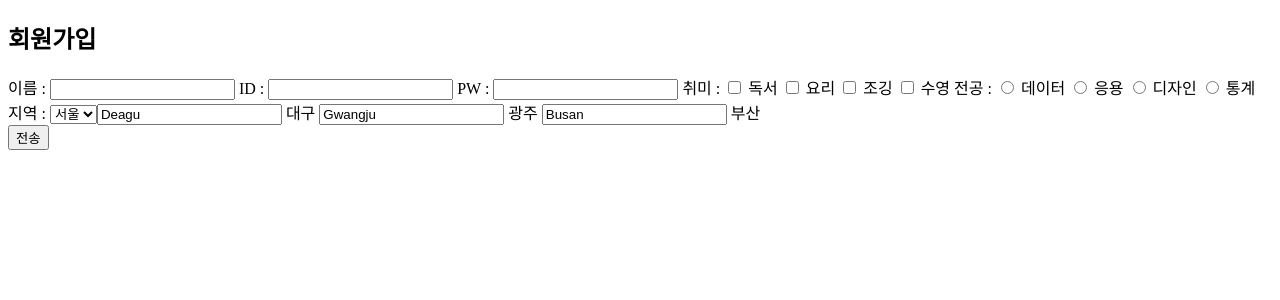
Repository: xxihyun0830/JSP
Page: http://localhost/Day3_getpost/join.jsp
These files come from the project's save history. The page is drawn as it stood at one moment and after the next save; the edit follows.
The browser window is 1280 px wide. The pictures show the whole page.
The page is served by Tomcat 9.

Above is the page before, as saved 2019-07-11 04:48:03.

After the next save:
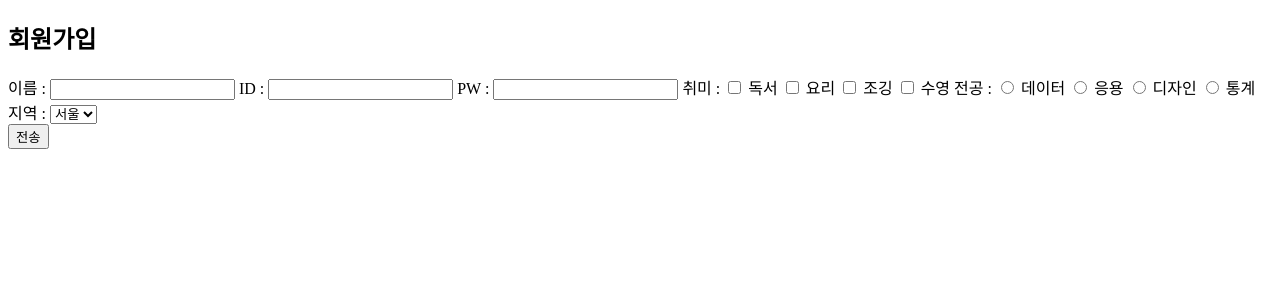
Saved 16 s later.
--- a/Day3_getpost/WebContent/join.jsp
+++ b/Day3_getpost/WebContent/join.jsp
@@ -23,9 +23,9 @@ PW : <input type = "password" name = "pw">
       <input type = "radio" name = "major" value="statics"> 통계
 지역 : <select name = "region">
       <option value = "Seoul"> 서울
-      <input type = "text" name = "region" value = "Deagu"> 대구
-      <input type = "text" name = "region" value = "Gwangju"> 광주
-      <input type = "text" name = "region" value = "Busan"> 부산
+      <option value = "Deagu"> 대구
+      <option value = "Gwangju"> 광주
+      <option value = "Busan"> 부산
 </select>
 </form>
 
